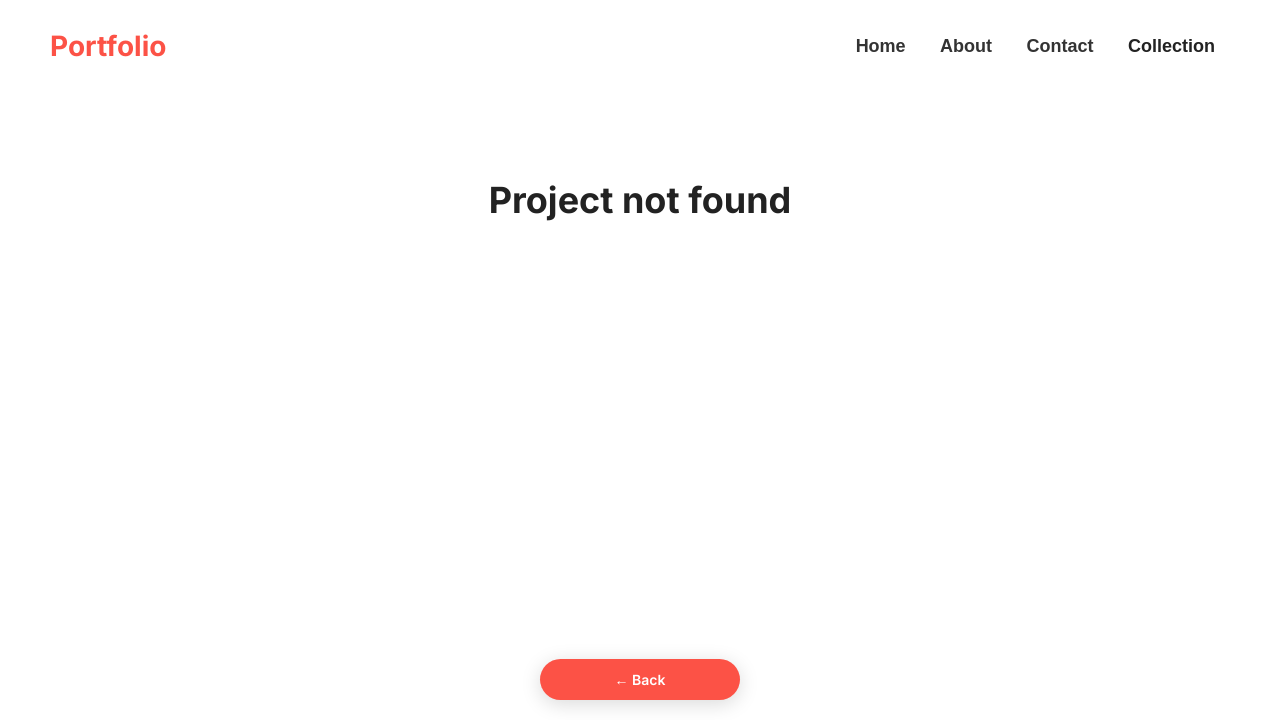
Repository: Wipas1919/Archive-portfolio
Page: projects/project.html
An editor plug-in stored every save of this project. The page is shown before and after the next save, followed by the edit.
The browser window is 1280 px wide. The pictures show the whole page.

Above is the page before, as saved 2025-05-31 17:12:12.

After the next save:
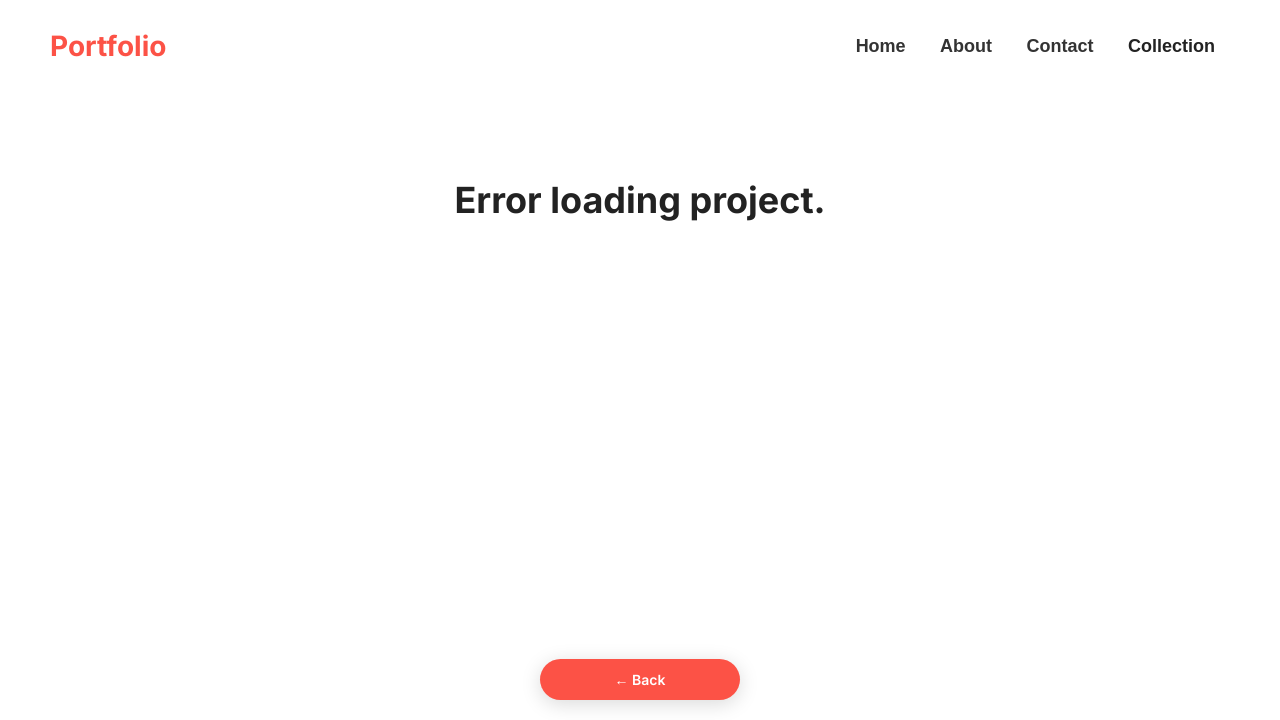
Saved 8 s later.
--- a/data/project-details.json
+++ b/data/project-details.json
@@ -35,7 +35,7 @@
       {
         "type": "text",
         "value": "Upon joining this project, I encountered a significant challenge—organizational data was highly fragmented across multiple sources. The existing infrastructure lacked any centralized or automated data pipeline. Most data remained siloed within disparate systems and was primarily analyzed through manually maintained Excel files, leading to underutilization of valuable insights.",
-        "value": "asdasd"
+        "asdasd"
       }
     ]
   },

After the 2 saves that followed:
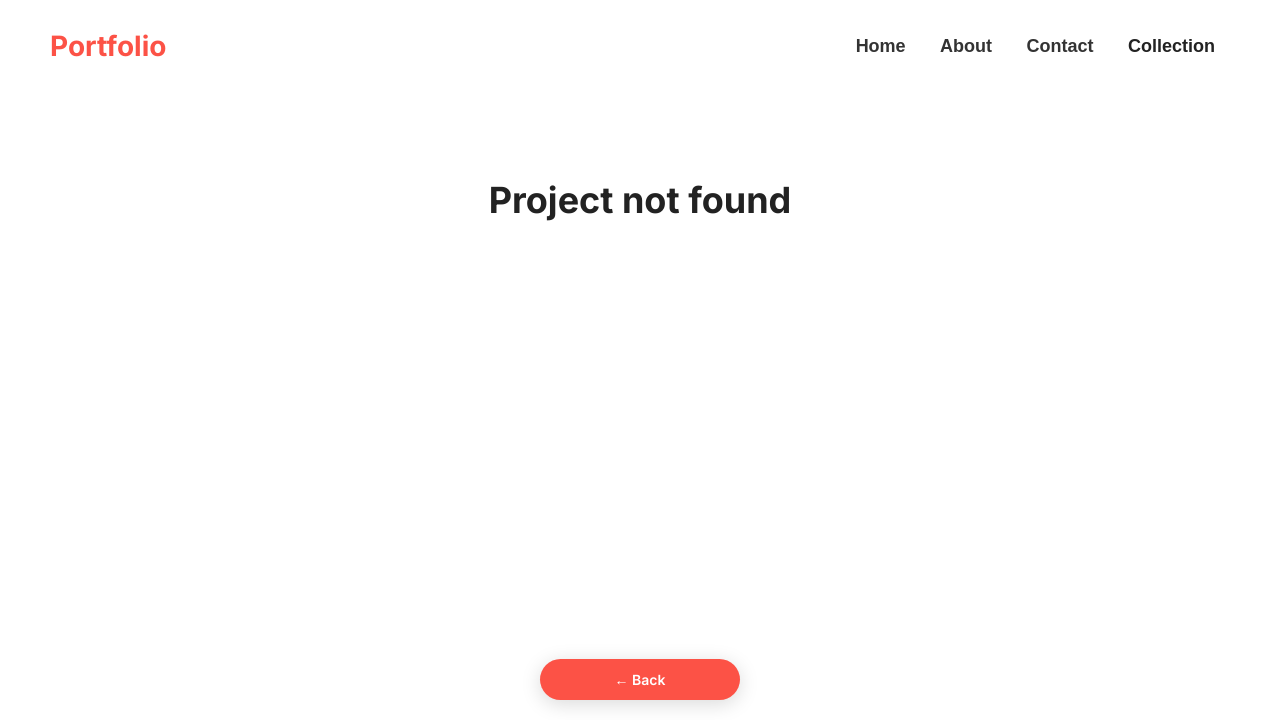
The 2 saves are shown as one change because 1 left the picture as it was.
The last was saved 99 s later.
--- a/data/project-details.json
+++ b/data/project-details.json
@@ -34,8 +34,7 @@
       },
       {
         "type": "text",
-        "value": "Upon joining this project, I encountered a significant challenge—organizational data was highly fragmented across multiple sources. The existing infrastructure lacked any centralized or automated data pipeline. Most data remained siloed within disparate systems and was primarily analyzed through manually maintained Excel files, leading to underutilization of valuable insights.",
-        "asdasd"
+        "value": "Upon joining this project, I encountered a significant challenge—organizational data was highly fragmented across multiple sources. The existing infrastructure lacked any centralized or automated data pipeline. Most data remained siloed within disparate systems and was primarily analyzed through manually maintained Excel files, leading to underutilization of valuable insights."
       }
     ]
   },
